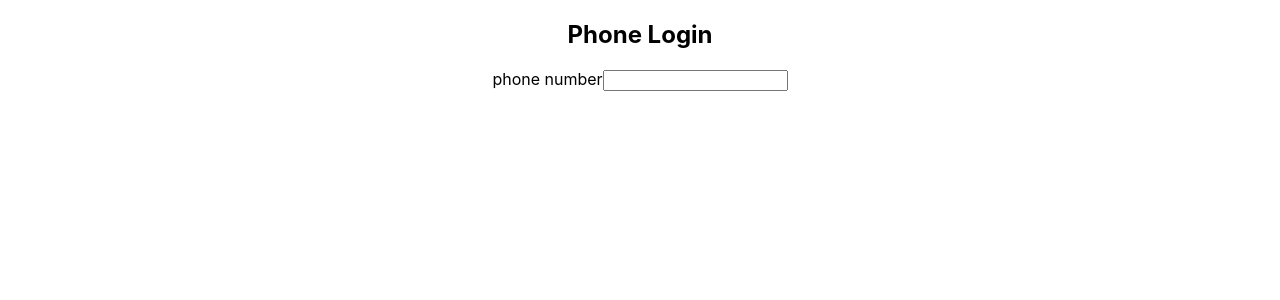
Repository: Rubin78/login-verification
Page: /
These files come from the project's save history. The page is drawn as it stood at one moment and after the next save; the edit follows.
The browser window is 1280 px wide. The pictures show the whole page.
The project was rebuilt for these pictures with package versions that can differ from the ones it lists, and the page was loaded fresh each time.

Above is the page before, as saved 2021-02-13 13:56:05.

After the next save:
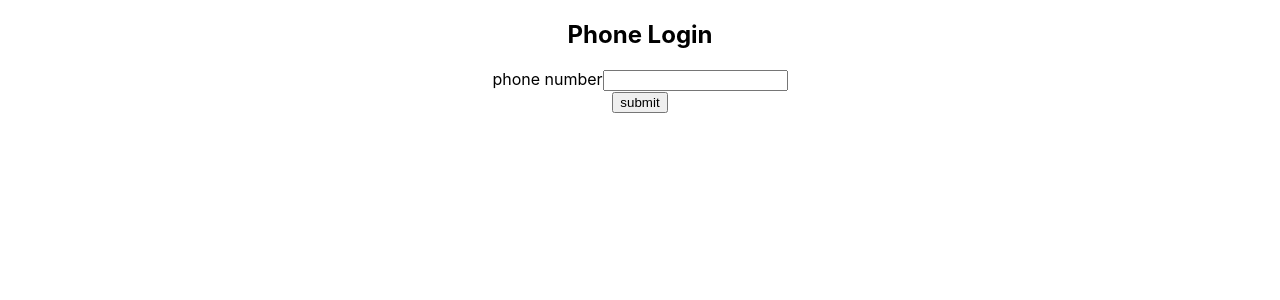
Saved 58 s later.
--- a/src/App.js
+++ b/src/App.js
@@ -25,6 +25,8 @@ export default class App extends Component {
     <label for ="exampleInputEmail1">phone number</label>
     <input type="number" className="form-control" />
     </div>
+
+    <button type="submit" className="btn btn-primary">submit</button>
     </form>
   </div>
   </div>
